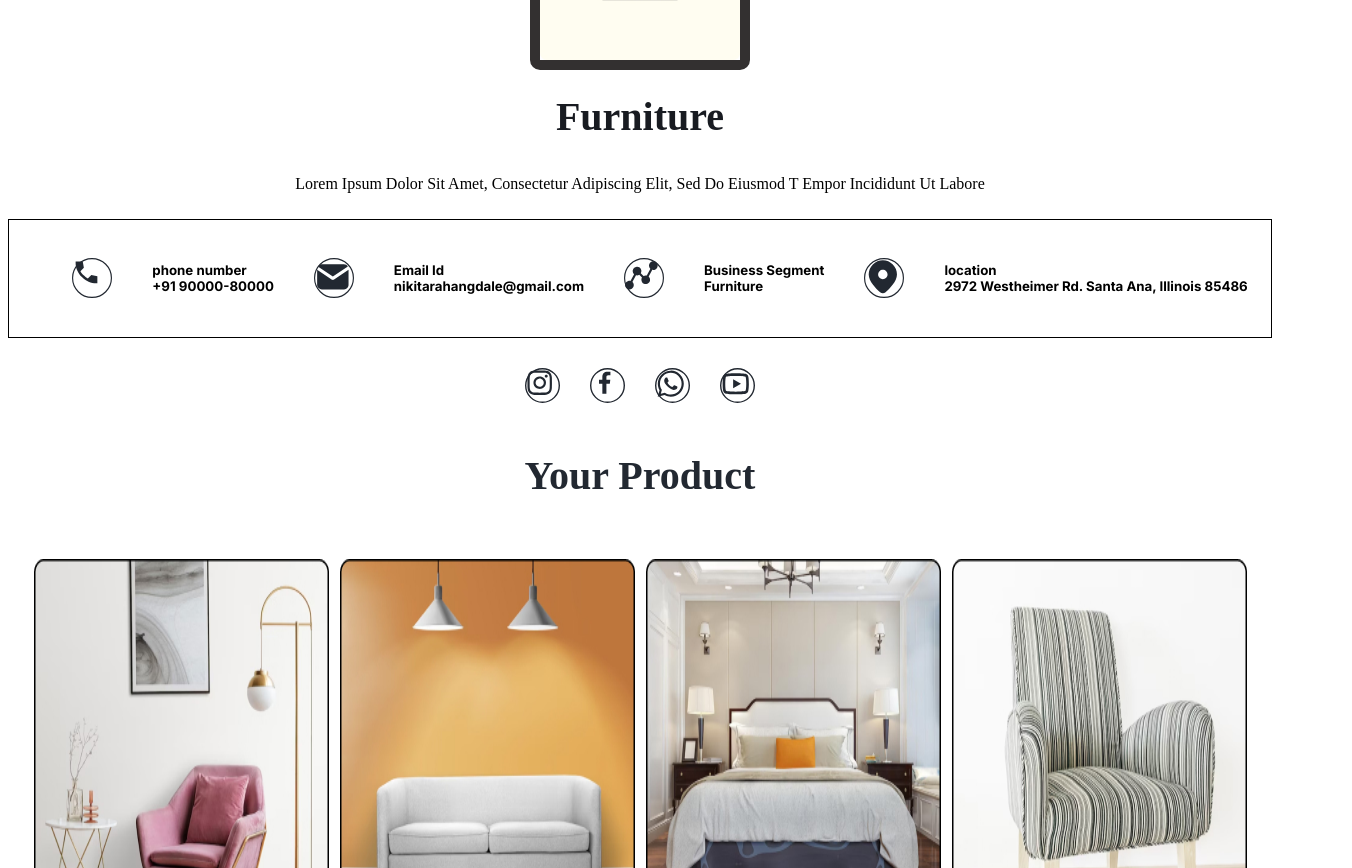
Repository: nikita120402/next13-deploy
Page: /
These files come from the project's save history. The page is drawn as it stood at one moment and after the next save; the edit follows.
The browser window is 1280 px wide. The page is 1352 px wide, so the pictures cover 1352 px, including what lies to the right of the window. The pictures show the part of the page from y = 676 to 1544 px (the page is 3630 px tall before and 3644 px after).
The project was rebuilt for these pictures with package versions that can differ from the ones it lists, and the page was loaded fresh each time. The framework's server and built-in components were replaced by stand-ins that run in the browser. Also part of the build but not shown: next.config.js.

Above is the page before, as saved 2023-08-08 01:26:34.

After the next save:
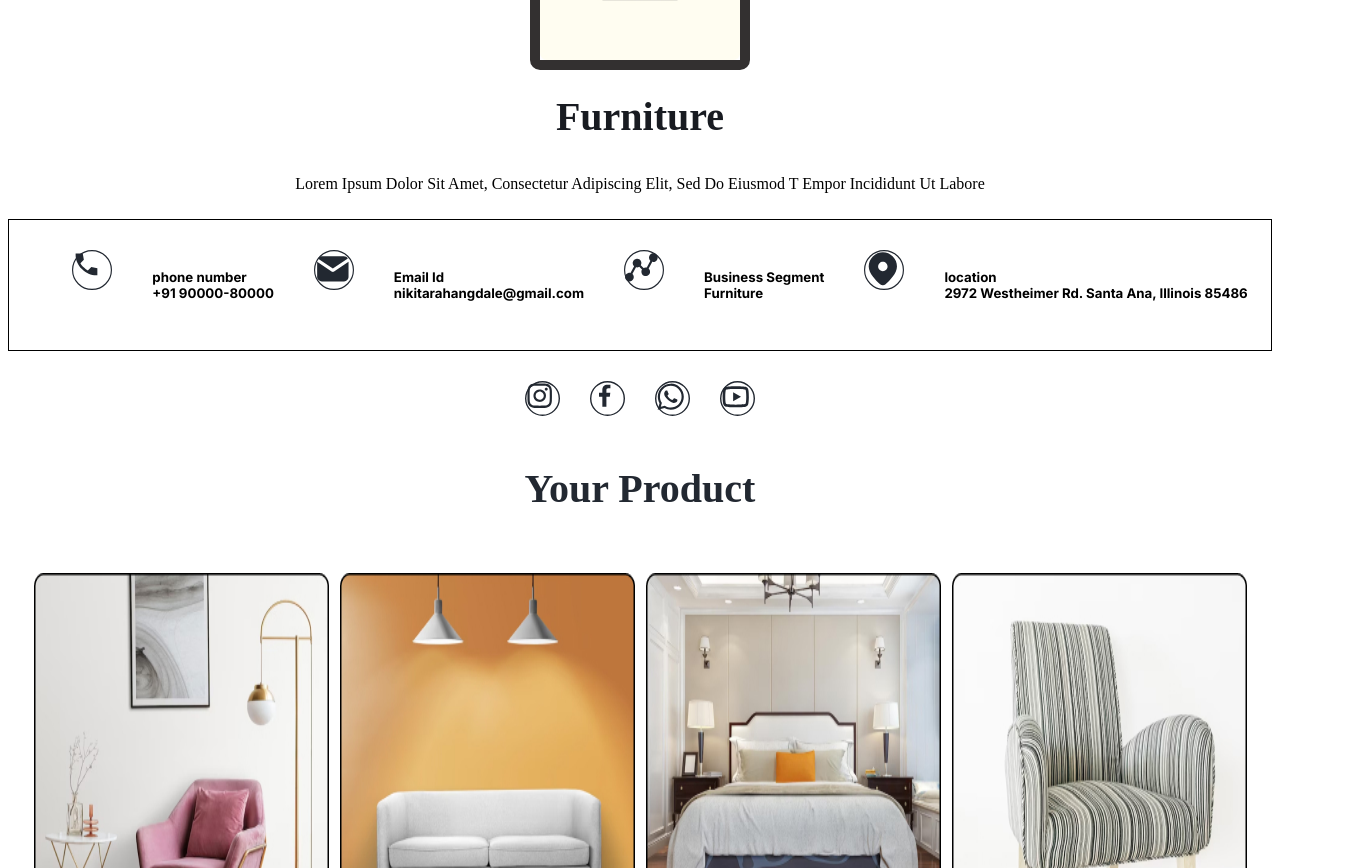
Saved 10 s later.
--- a/src/app/Design.module.css
+++ b/src/app/Design.module.css
@@ -24,7 +24,7 @@
     align-items: center;
 }
 .call1{
-    margin: 0px 30px;
+    margin: 0px 30px 30px;
     padding: 10px;
 
 }
